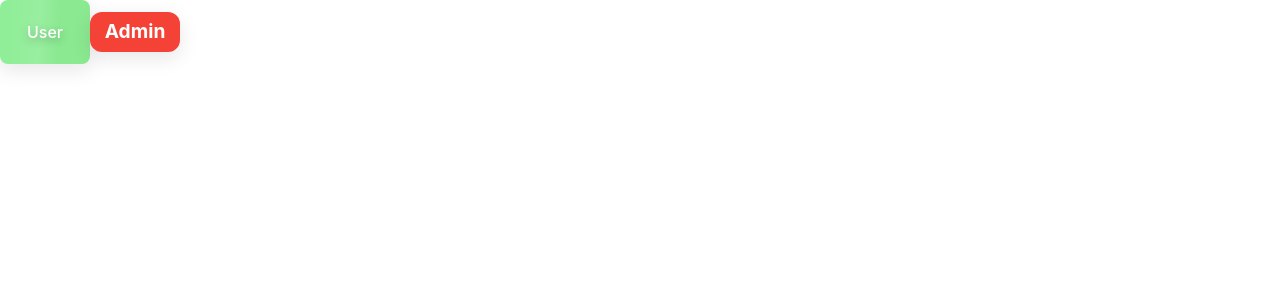
Repository: User826/Recipe
Page: /useradmin (app in recipe_project/)
The author's editor kept a copy of each file at every save. The page is drawn from the files as they stood at one save, then again after the next save.
The browser window is 1280 px wide. The pictures show the whole page.
The project was rebuilt for these pictures with package versions that can differ from the ones it lists, and the page was loaded fresh each time. The framework's server and built-in components were replaced by stand-ins that run in the browser. Also part of the build but not shown: recipe_project/next.config.js, recipe_project/pages/users.module.css, recipe_project/components/users.js.

Above is the page before, as saved 2023-06-01 05:12:27.

### recipe_project/pages/useradmin.js
import { useState } from "react";
import {UserButton, AdminButton} from "../components/websitebuttons"
import Post from "../components/users"



export default function Useradmin() {
    const [isLoggedIn, setIsLoggedIn] = useState("");

    function handleLoginClick() {
        //this.setState({isLoggedIn: true});
        setIsLoggedIn("user")
      };

    function handleLogoutClick() {
        //this.setState({isLoggedIn: false});
        setIsLoggedIn("admin")
      }


    const isLoggedInVariable = isLoggedIn;
    let button;

    // if (isLoggedInVariable) {
    //     button = <LogoutButton onClick={handleLogoutClick} />;
    // } else {
    //     button = <LoginButton onClick={handleLoginClick} />;
    // }

    console.log(isLoggedInVariable)

    if (isLoggedInVariable == ""){
        return <div>
        {/* <Post></Post> */}
        <UserButton onClick ={handleLoginClick}/>
        <AdminButton onClick = {handleLogoutClick}/>

    </div>
    }
    else if (isLoggedInVariable == "user"){
        return <div>
                    <p>You are a user!</p>
                    <p>Or are you an admin? <AdminButton onClick = {handleLogoutClick}> </AdminButton></p>
                </div>

                // <UserButton onClick = {handleLoginCLick}> </UserButton>

    }
    else if (isLoggedInVariable == "admin"){
        return  <div>
                    <p>You are an admin!</p>
                    <p>Or are you a user? <UserButton onClick = {handleLoginClick}> </UserButton></p>
                </div>

    }

    // return <div>
    //     {/* <Post></Post> */}
    //     <UserButton onClick ={handleLoginClick}/>
    //     <AdminButton onClick = {handleLoginClick}/>

    // </div>
  }

### recipe_project/components/websitebuttons.js
import styles from "../pages/useradmin.module.css"

function UserButton(props) {
    return (
      <button className = {styles.user} onClick={props.onClick}>
        User
      </button>
    );
  }

  function AdminButton(props) {
    return (
      <button className = {styles.admin} onClick={props.onClick}>
        Admin
      </button>
    );
  }

  export {UserButton, AdminButton}

### recipe_project/pages/useradmin.module.css
/* .user{
  background-color: #4CAF50;
  border: none;
  color: white;
  padding: 15px 32px;
  text-align: center;
  text-decoration: none;
  display: inline-block;
  font-size: 16px;
}

.admin{
  background-color: #f44336;
  border: none;
  color: white;
  padding: 15px 32px;
  text-align: center;
  text-decoration: none;
  display: inline-block;
  font-size: 16px;
} */


.user {
  align-items: center;
  width: 90px;
  height: 40px;
  background-color: #4CAF50;
  border-radius: 12px;
  box-shadow: transparent 0 0 0 3px,rgba(18, 18, 18, .1) 0 6px 20px;
  box-sizing: border-box;
  color: #fff;
  cursor: pointer;
  display: inline-flex;
  flex: 1 1 auto;
  font-family: Inter,sans-serif;
  font-size: 1.2rem;
  font-weight: 700;
  justify-content: center;
  line-height: 1;
  margin: 0;
  outline: none;
  padding: 1rem 1.2rem;
  text-align: center;
  text-decoration: none;
  transition: box-shadow .2s,-webkit-box-shadow .2s;
  white-space: nowrap;
  border: 0;
  user-select: none;
  -webkit-user-select: none;
  touch-action: manipulation;
}

.user:hover {
  box-shadow: #121212 0 0 0 3px, transparent 0 0 0 0;
}

.admin {
  align-items: center;
  width: 90px;
  height: 40px;
  background-color: #f44336;
  border-radius: 12px;
  box-shadow: transparent 0 0 0 3px,rgba(18, 18, 18, .1) 0 6px 20px;
  box-sizing: border-box;
  color: #fff;
  cursor: pointer;
  display: inline-flex;
  flex: 1 1 auto;
  font-family: Inter,sans-serif;
  font-size: 1.2rem;
  font-weight: 700;
  justify-content: center;
  line-height: 1;
  margin: 0;
  outline: none;
  padding: 1rem 1.2rem;
  text-align: center;
  text-decoration: none;
  transition: box-shadow .2s,-webkit-box-shadow .2s;
  white-space: nowrap;
  border: 0;
  user-select: none;
  -webkit-user-select: none;
  touch-action: manipulation;
}

.admin:hover {
  box-shadow: #121212 0 0 0 3px, transparent 0 0 0 0;
}


/* CSS */
.user {
  background-image: linear-gradient(92.88deg, #8fee97 9.16%, #99eea0 43.89%, #8be991 64.72%);
  border-radius: 8px;
  border-style: none;
  box-sizing: border-box;
  color: #FFFFFF;
  cursor: pointer;
  flex-shrink: 0;
  font-family: "Inter UI","SF Pro Display",-apple-system,BlinkMacSystemFont,"Segoe UI",Roboto,Oxygen,Ubuntu,Cantarell,"Open Sans","Helvetica Neue",sans-serif;
  font-size: 16px;
  font-weight: 500;
  height: 4rem;
  padding: 0 1.6rem;
  text-align: center;
  text-shadow: rgba(0, 0, 0, 0.25) 0 3px 8px;
  transition: all .5s;
  user-select: none;
  -webkit-user-select: none;
  touch-action: manipulation;
}

.user:hover {
  box-shadow: rgba(86, 163, 118, 0.5) 0 1px 30px;
  transition-duration: .1s;
}

@media (min-width: 768px) {
  .user {
    padding: 0 2.6rem;
  }
}

Loaded but not shown: recipe_project/pages/_app.js (common file); recipe_project/styles/globals.css (common file)

After the next save:
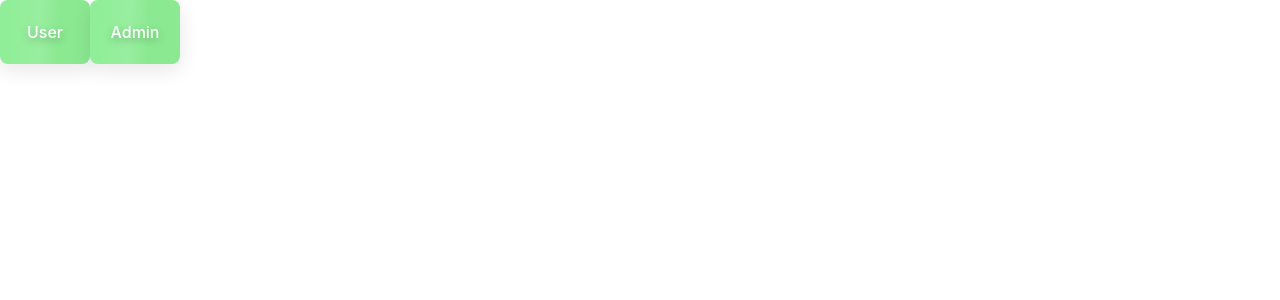
Saved 52 s later.
--- a/recipe_project/pages/useradmin.module.css
+++ b/recipe_project/pages/useradmin.module.css
@@ -122,3 +122,35 @@
     padding: 0 2.6rem;
   }
 }
+
+.admin {
+  background-image: linear-gradient(92.88deg, #8fee97 9.16%, #99eea0 43.89%, #8be991 64.72%);
+  border-radius: 8px;
+  border-style: none;
+  box-sizing: border-box;
+  color: #FFFFFF;
+  cursor: pointer;
+  flex-shrink: 0;
+  font-family: "Inter UI","SF Pro Display",-apple-system,BlinkMacSystemFont,"Segoe UI",Roboto,Oxygen,Ubuntu,Cantarell,"Open Sans","Helvetica Neue",sans-serif;
+  font-size: 16px;
+  font-weight: 500;
+  height: 4rem;
+  padding: 0 1.6rem;
+  text-align: center;
+  text-shadow: rgba(0, 0, 0, 0.25) 0 3px 8px;
+  transition: all .5s;
+  user-select: none;
+  -webkit-user-select: none;
+  touch-action: manipulation;
+}
+
+.admin:hover {
+  box-shadow: rgba(86, 163, 118, 0.5) 0 1px 30px;
+  transition-duration: .1s;
+}
+
+@media (min-width: 768px) {
+  .admin {
+    padding: 0 2.6rem;
+  }
+}
